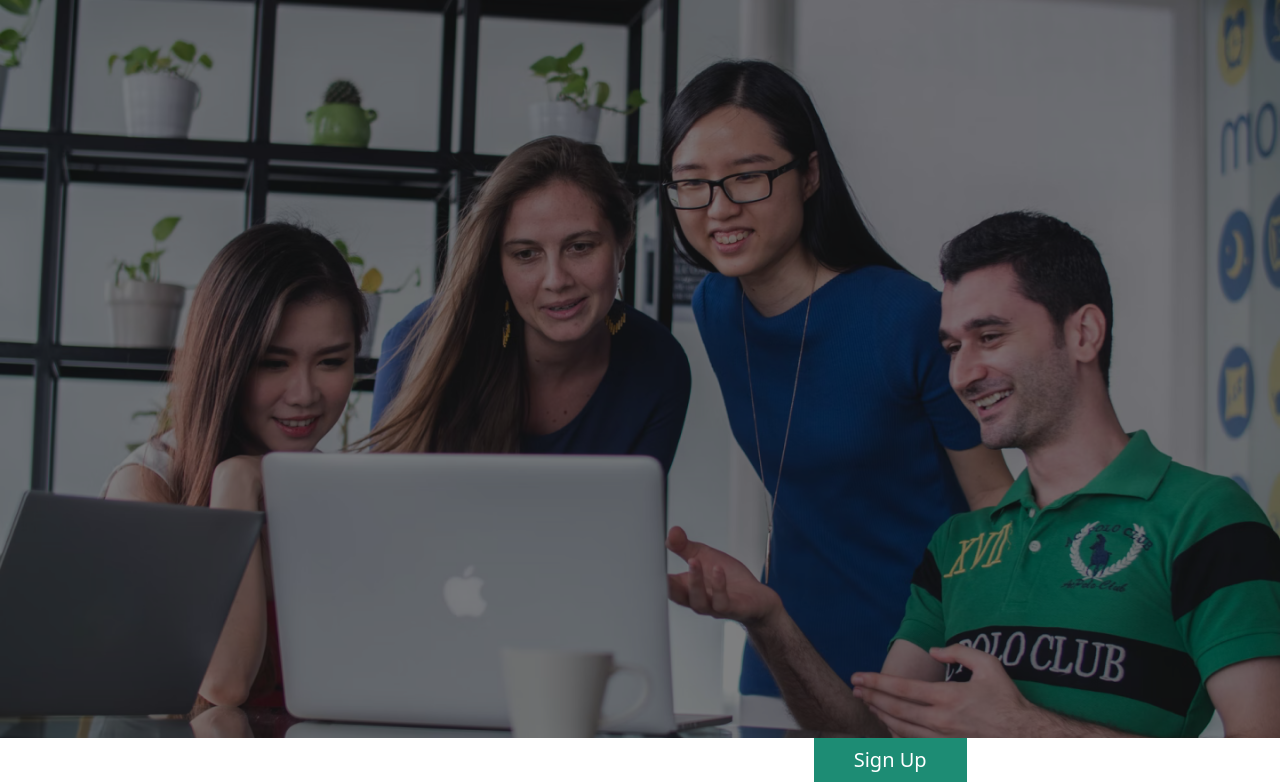
Repository: vandangnhathung/educationplatform
Page: /
An editor plug-in stored every save of this project. The page is shown before and after the next save, followed by the edit.
The browser window is 1280 px wide. The pictures show the whole page.
The project was rebuilt for these pictures with package versions that can differ from the ones it lists, and the page was loaded fresh each time.

Above is the page before, as saved 2022-06-20 14:30:52.

After the next save:
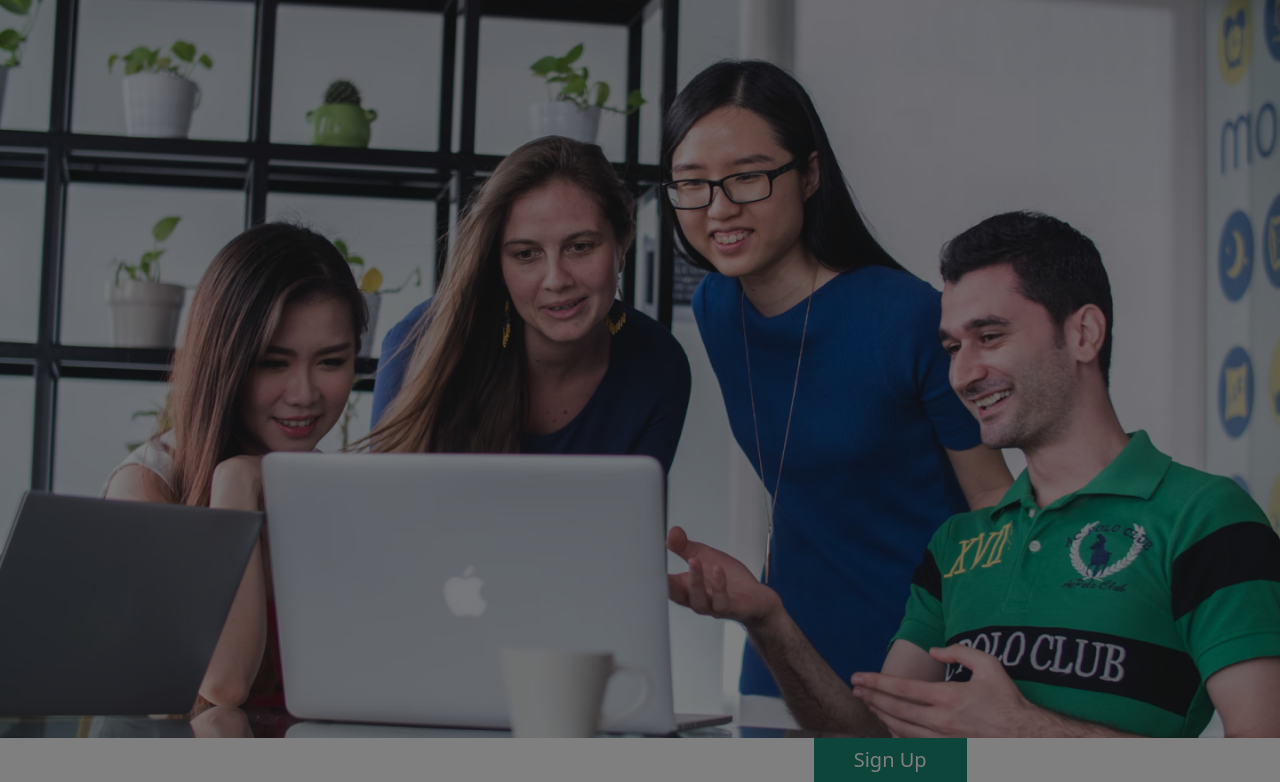
Saved 35 s later.
--- a/src/components/Header.js
+++ b/src/components/Header.js
@@ -24,20 +24,20 @@
       <div className="relative">
         <img src={headerImg} alt="header_img" className="w-full" />
         <div className="absolute inset-0 bg-black opacity-50"></div>
-      </div>
-      <div className="container text-white flex items-center justify-center">
-        <div className="">Rearing</div>
-        <div className="flex items-center justify-center">
-          <nav className="mr-[77px]">
-            <ul className="flex items-center justify-center gap-x-[49px] ">
-              {headerNav.map((item) => (
-                <li key={item.id}>{item.title}</li>
-              ))}
-            </ul>
-          </nav>
-          <button className="py-2 px-10 bg-[#1D8C74] text-white text-xl ">
-            Sign Up
-          </button>
+        <div className="container text-white flex items-center justify-center">
+          <div className="">Rearing</div>
+          <div className="flex items-center justify-center">
+            <nav className="mr-[77px]">
+              <ul className="flex items-center justify-center gap-x-[49px] ">
+                {headerNav.map((item) => (
+                  <li key={item.id}>{item.title}</li>
+                ))}
+              </ul>
+            </nav>
+            <button className="py-2 px-10 bg-[#1D8C74] text-white text-xl ">
+              Sign Up
+            </button>
+          </div>
         </div>
       </div>
     </header>

After the save that followed:
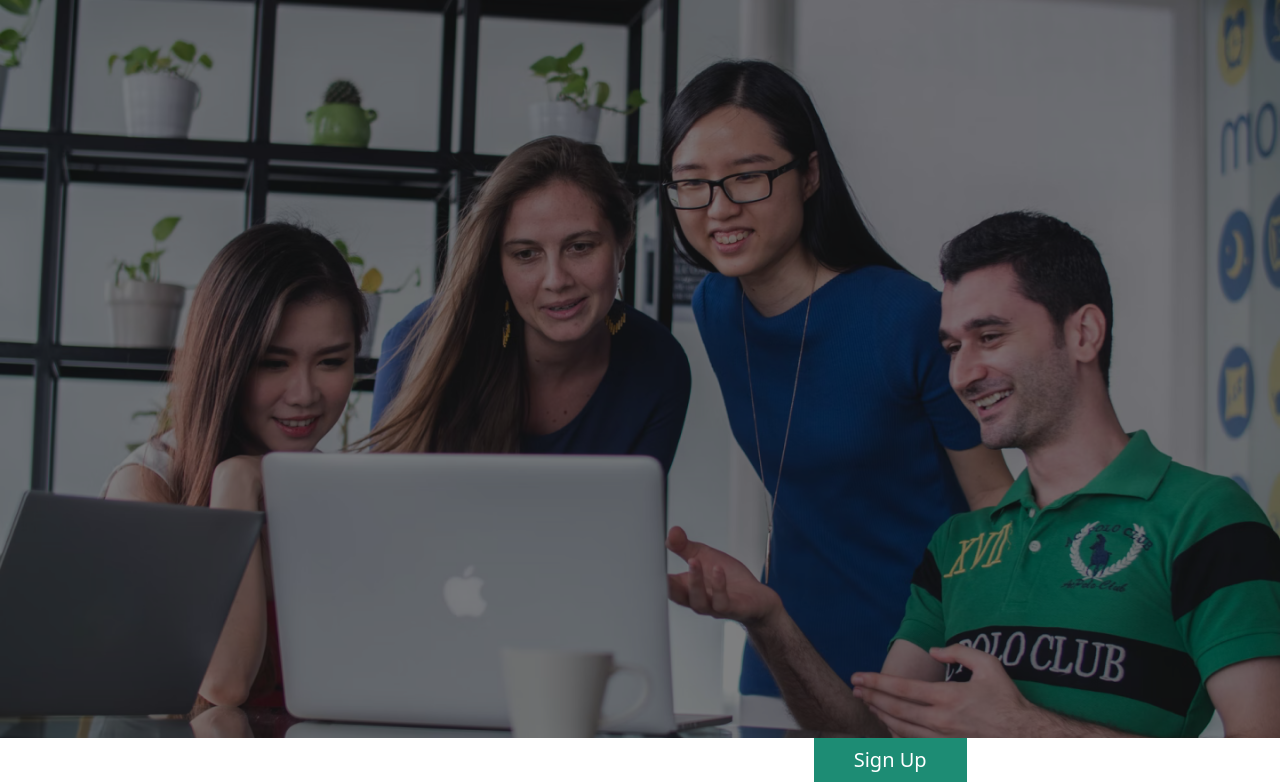
Saved 20 s later.
--- a/src/components/Header.js
+++ b/src/components/Header.js
@@ -24,20 +24,20 @@
       <div className="relative">
         <img src={headerImg} alt="header_img" className="w-full" />
         <div className="absolute inset-0 bg-black opacity-50"></div>
-        <div className="container text-white flex items-center justify-center">
-          <div className="">Rearing</div>
-          <div className="flex items-center justify-center">
-            <nav className="mr-[77px]">
-              <ul className="flex items-center justify-center gap-x-[49px] ">
-                {headerNav.map((item) => (
-                  <li key={item.id}>{item.title}</li>
-                ))}
-              </ul>
-            </nav>
-            <button className="py-2 px-10 bg-[#1D8C74] text-white text-xl ">
-              Sign Up
-            </button>
-          </div>
+      </div>
+      <div className="container text-white flex items-center justify-center">
+        <div className="">Rearing</div>
+        <div className="flex items-center justify-center">
+          <nav className="mr-[77px]">
+            <ul className="flex items-center justify-center gap-x-[49px] ">
+              {headerNav.map((item) => (
+                <li key={item.id}>{item.title}</li>
+              ))}
+            </ul>
+          </nav>
+          <button className="py-2 px-10 bg-[#1D8C74] text-white text-xl ">
+            Sign Up
+          </button>
         </div>
       </div>
     </header>
